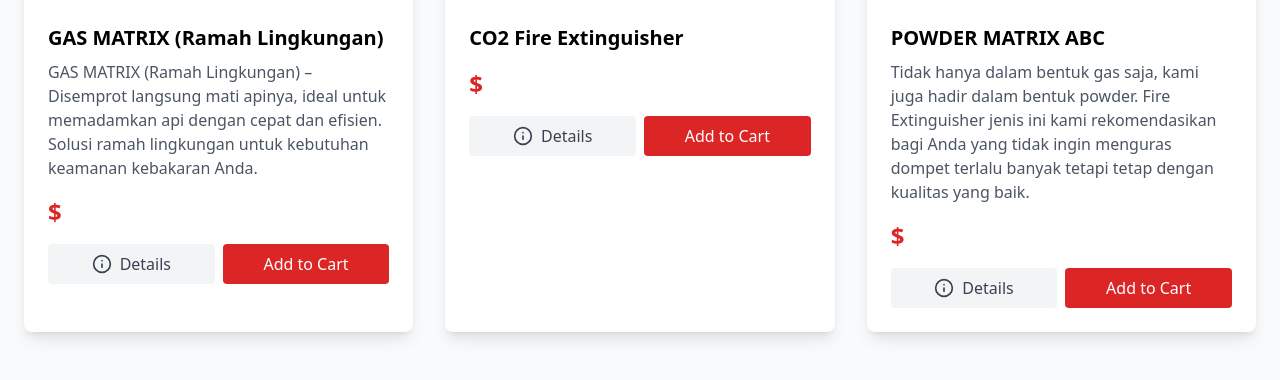
Repository: matrixmas/matrixmas.github.io
Page: /products
The author's editor kept a copy of each file at every save. The page is drawn from the files as they stood at one save, then again after the next save.
The browser window is 1280 px wide. The pictures show the part of the page from y = 400 to 1020 px (the page is 780 px tall before and 1020 px after).
The project was rebuilt for these pictures with package versions that can differ from the ones it lists, and the page was loaded fresh each time. Also part of the build but not shown: vite.config.ts, src/pages/Home.tsx, src/pages/ProductDetail.tsx, src/pages/About.tsx, src/pages/Contact.tsx.

Above is the page before, as saved 2025-02-04 13:52:33.

After the next save:
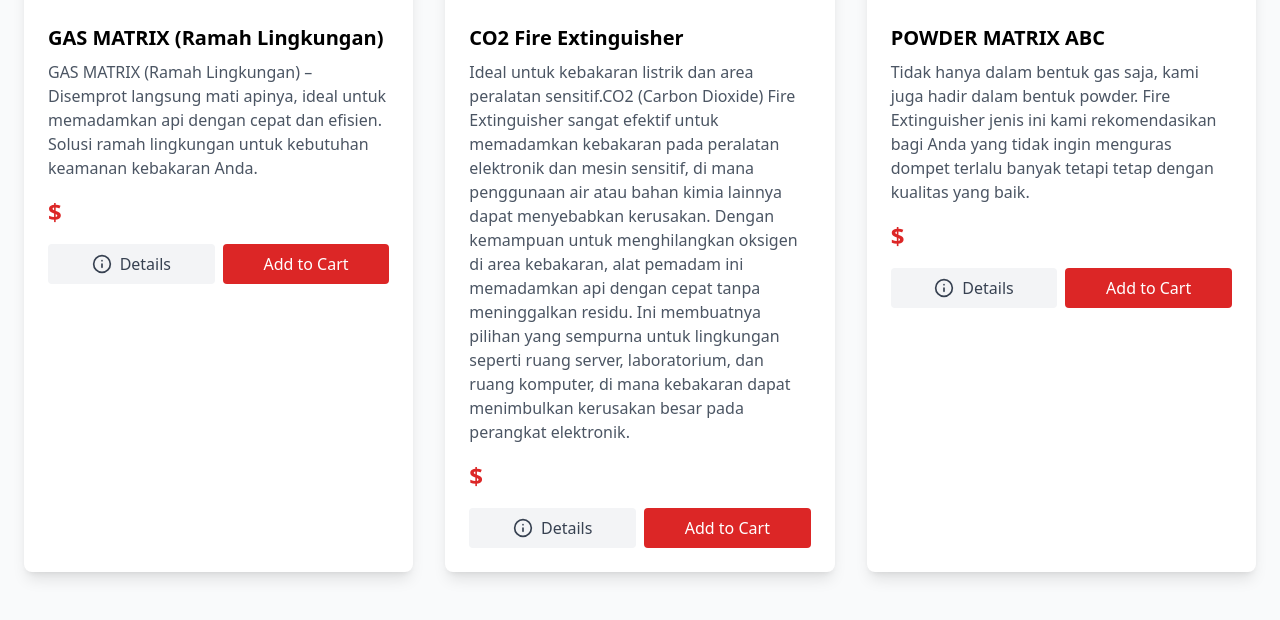
Saved 12 s later.
--- a/src/pages/Products.tsx
+++ b/src/pages/Products.tsx
@@ -25,7 +25,7 @@ features: [
     id: 2,
     name: "CO2 Fire Extinguisher",
     image: "https://images.unsplash.com/photo-1629814210609-0d984e86bfb8?auto=format&fit=crop&q=80",
-    description: "",
+    description: "Ideal untuk kebakaran listrik dan area peralatan sensitif.CO2 (Carbon Dioxide) Fire Extinguisher sangat efektif untuk memadamkan kebakaran pada peralatan elektronik dan mesin sensitif, di mana penggunaan air atau bahan kimia lainnya dapat menyebabkan kerusakan. Dengan kemampuan untuk menghilangkan oksigen di area kebakaran, alat pemadam ini memadamkan api dengan cepat tanpa meninggalkan residu. Ini membuatnya pilihan yang sempurna untuk lingkungan seperti ruang server, laboratorium, dan ruang komputer, di mana kebakaran dapat menimbulkan kerusakan besar pada perangkat elektronik.",
     features: [
       "Non-konduktif",
       "Tidak meninggalkan residu",
